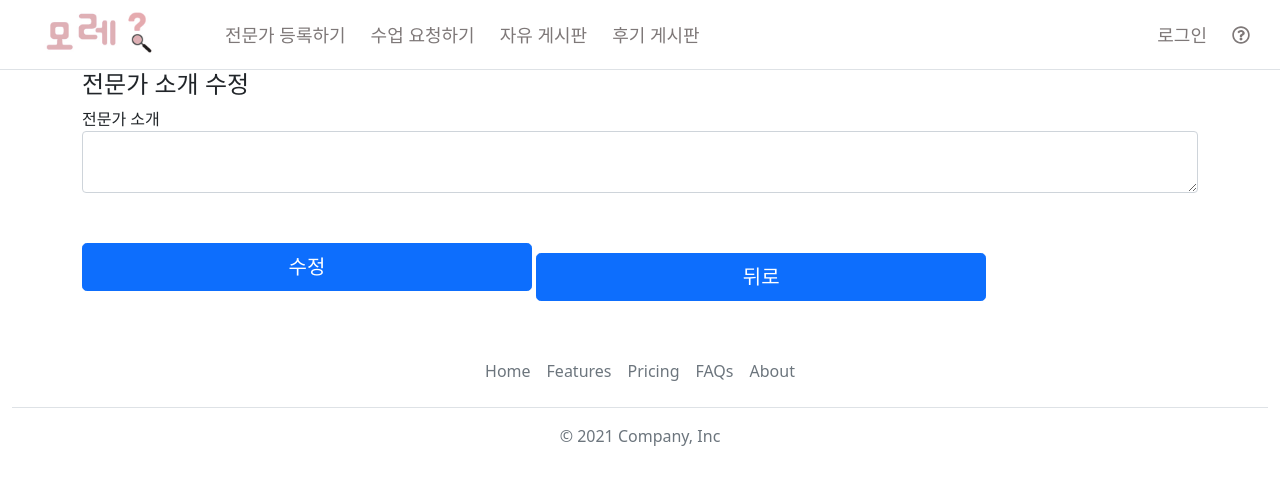
Repository: isssson/MVC2_more
Page: http://localhost/more/WEB-INF/views/expert/expertIntroForm.jsp
An editor plug-in stored every save of this project. The page is shown before and after the next save, followed by the edit.
The browser window is 1280 px wide. The pictures show the whole page.
Some web libraries are served in a nearby version. The page is served by Tomcat 9. Nobody is signed in. Other server files are loaded and not shown. The template is opened directly, without the code that normally fills it, so the values that code supplies are empty.

Above is the page before, as saved 2021-12-08 02:50:33.

### more/src/main/webapp/WEB-INF/views/expert/expertIntroForm.jsp
<%@ page language="java" contentType="text/html; charset=UTF-8"
    pageEncoding="UTF-8"%>
<!DOCTYPE html>
<html>
<head>
<meta charset="UTF-8">
<link href="resources/css/bootstrap.min.css" rel="stylesheet">
<link href="resources/css/expert/expertUpdate.css" rel="stylesheet">
<title>모래-전문가수정</title>
</head>
<body>
<%@ include file="/WEB-INF/views/header.jsp" %>
<div class="container">
  <div class="col-md-12 order-md-1">
      <h4>전문가 소개 수정</h4>
      <form name="expertIntroForm" action="expertIntro.do?id=${sessionScope.sessionId}" method="post">
        <div class="mb-2">
            <label>전문가 소개</label>
            <textarea class="form-control" name="intro">${dto.intro}</textarea>
        </div>
        <div style="margin-top: 50px;">
           <button class="btn btn-lg btn-primary" type="submit" style="width: 450px; margin-bottom:20px;" >수정</button>
           <button class="btn btn-lg btn-primary" type="button" style="width: 450px;" onclick="location.href='expertProfile.do?id=${sessionScope.sessionId}'">뒤로</button>
        </div>
     </form>
  </div>
</div>
<%@ include file="/WEB-INF/views/footer.jsp" %>
</body>
</html>

### more/src/main/webapp/WEB-INF/views/header.jsp
<%@ page language="java" contentType="text/html; charset=UTF-8"
    pageEncoding="UTF-8"%>
<%@ taglib prefix="c" uri="http://java.sun.com/jsp/jstl/core" %>
<script src="https://use.fontawesome.com/releases/v5.2.0/js/all.js"></script>
<link href="resources/css/header.css" rel="stylesheet">
<!-- ---------------------비회원  -->
<c:if test="${sessionScope.sessionStatus == null }">
	<header>
    <div id="headerContainer">
        <a href="index.do"><img src="resources/img/more_logo.jpg" alt="logo" style="padding: 10px"></a>
        <div id="menubar">
          <div id="leftMenu">
            <div><a href="regist1.do">전문가 등록하기</a></div>
            <div><a href="lessonList.do">수업 요청하기</a></div>
            <div><a href="bbsList.do">자유 게시판</a></div>
            <div><a href="reviewList.do">후기 게시판</a></div>
          </div>
          <div id="rightMenu">
               <div><a href="login.do">로그인</a></div>
               <div><a href="#"><i class="far fa-question-circle"></i></a></div>
          </div>
        </div>
      </div>
	</header>
</c:if>
<!----------------------기본(의뢰인) 로그인중-->
<c:if test="${sessionScope.sessionStatus == 1 }">
	<header>
     <div id="headerContainer">
        <a href="index.do"><img src="resources/img/more_logo.jpg" alt="logo" style="padding: 10px"></a>
        <div id="menubar">
          <div id="leftMenu">
            <div id="client" onmouseover="show()" onmouseout="hide()">
               <a href="#">레슨</a>
              </div>
            <div id="joinExpert">
               <a href="regist1.do">전문가 등록하기</a>
             </div>
            <div><a href="bbsList.do">자유 게시판</a></div>
            <div><a href="reviewList.do">후기 게시판</a></div>
          </div>
          <div id="rightMenu">
            <div>${sessionScope.sessionName }님</div>
            <div><a href=""><i class="far fa-bell fa-1x"></i></a></div>
            <div><a href="setting.do"><i class="far fa-user fa-1x"></i></a></div>
            <div><a href="#"><i class="far fa-question-circle"></i></a></div>
          </div>
        </div>
      </div>
      <div id="hiddenHeaderContainer" onmouseover="show()" onmouseout="hide()">
        <div class="hiddenItem">
          <div class="Item"><a href="suggestList.do">레슨 목록</a></div>
          <div class="Item"><a href="lessonList.do">레슨 요청하기</a></div>
          <div class="Item"><a href="sentRequest.do?id=${sessionScope.sessionId}">보낸 요청</a></div>
          <div class="Item"><a href="#">받은 제안</a></div>
        </div>
      </div>
	</header>
</c:if>
<!-- -----------------------전문가 로그인중 -->
<c:if test="${sessionScope.sessionStatus == 2 }">
	<header>
     <div id="headerContainer">
       <a href="index.do"><img src="resources/img/more_logo.jpg" alt="logo" style="padding: 10px"></a>
       <div id="menubar">
         <div id="leftMenu">
           <div id="client" onmouseover="show()" onmouseout="hide()">
              <a href="#">레슨</a>
             </div>
           <div><a href="bbsList.do">자유 게시판</a></div>
           <div><a href="reviewList.do">후기 게시판</a></div>
         </div>
         <div id="rightMenu">
           <div id="client" onmouseover="show()" onmouseout="hide()">
               <div><a href="">10000 <i class="fas fa-coins fa-1x"></i></a></div>
             </div>
           <div>${sessionScope.sessionName }님</div>
              <div><a href=""><i class="far fa-bell fa-1x"></i></a></div>
           <div><a href="setting.do"><i class="far fa-user fa-1x"></i></a></div>
           <div><a href="#"><i class="far fa-question-circle"></i></a></div>
         </div>
       </div>
     </div>
     <div id="hiddenHeaderContainer" onmouseover="show()" onmouseout="hide()">
       <div class="hiddenItem">
       	 <div class="Item"><a href="requestList.do">레슨 목록</a></div>
       	 <div class="Item"><a href="suggest.do">레슨 제안하기</a></div>
         <div class="Item"><a href="#">보낸 제안</a></div>
		 <div class="Item"><a href="#">레슨 내역</a></div>
       </div>
     </div>
	</header>
</c:if>
   <script>
       function show(){
         document.getElementById('hiddenHeaderContainer').style.display='block';
       }
       function hide(){
         document.getElementById('hiddenHeaderContainer').style.display='none';
       }
  </script>

### more/src/main/webapp/WEB-INF/views/footer.jsp
<%@ page language="java" contentType="text/html; charset=UTF-8"
    pageEncoding="UTF-8"%>
<link href="resources/css/footer.css" rel="stylesheet">
<div class="container-fluid">
  <footer class="py-3 my-4">
    <ul class="nav justify-content-center border-bottom pb-3 mb-3">
      <li class="nav-item"><a href="#" class="nav-link px-2 text-muted">Home</a></li>
      <li class="nav-item"><a href="#" class="nav-link px-2 text-muted">Features</a></li>
      <li class="nav-item"><a href="#" class="nav-link px-2 text-muted">Pricing</a></li>
      <li class="nav-item"><a href="#" class="nav-link px-2 text-muted">FAQs</a></li>
      <li class="nav-item"><a href="#" class="nav-link px-2 text-muted">About</a></li>
    </ul>
    <p class="text-center text-muted">&copy; 2021 Company, Inc</p>
  </footer>
</div>

<div class="b-example-divider"></div>

### more/src/main/webapp/resources/css/expert/expertUpdate.css
@charset "UTF-8";

h3 {
    height: 80px;
    line-height: 80px;
    font-size: 40px;
    font-weight: bold;
    text-align: center;
    margin: 80px auto;
    color: #9a5656;
}

.updateBt{
   width:450px;
   height:200px;
   text-align:center;
   margin:0 auto;
   display:flex;
   flex-direction:column;
   justify-content: center;
}

.subject{
	font-size:25px;
	color:#ff9797;
	text-align: center;
	font-weight: bold;
}

.content{
	text-align:center;
     margin-top: 50px;
}
select{
	font-size:26px;
}

### more/src/main/webapp/resources/css/header.css
@charset "UTF-8";
a{
    text-decoration:none;
    color:rgb(26, 25, 25);
}
a:hover{
    color:rgb(26, 25, 25);
}
svg{
    color: #7e7878;
}
svg:hover{
    color: #424040;
    cursor: pointer;
}
#headerContainer{
    width:100%;
    height:70px;
    margin: 0 auto;
    display: flex;
    flex-direction: row;
    border-bottom:1px solid #dee2e6;
}
#headerContainer img{
    width: 200px;
    height: 65px;
    object-fit: cover;
}
#headerContainer #menubar{
    width:100%;
    height: 70px;
    display: flex;
    flex-direction: row;
    justify-content: space-between;
}
#headerContainer #menubar div a{
    font-size: 18px;
    color: #7e7878;
}
#headerContainer #menubar a:hover{
    color: #424040;
    font-weight: bold;
}
#menubar #leftMenu{
    display: flex;
}
#menubar #rightMenu{
    display: flex;
    margin-right: 30px;
}
#menubar #leftMenu div, #menubar #rightMenu div{
    font-size: 18px;
    line-height: 70px;
    margin-left: 25px;
}
#hiddenHeaderContainer{
    position: absolute;
    display: none;
    z-index: 1;
    width:100%;
    height:70px;
    left:50%;
    border-top:1px solid rgb(187, 183, 183);
    border-bottom:1px solid rgb(187, 183, 183);
    transform: translate(-50%);
    background-color: white;
}
#hiddenHeaderContainer .hiddenItem{

    width:100%;
    height:70px;
    margin-left: 170px;
    display: flex;
}
#hiddenHeaderContainer .hiddenItem .Item a{
    font-size: 18px;
    line-height: 70px;
    margin-left: 50px;
    color: #7e7878;
}
#hiddenHeaderContainer .hiddenItem .Item a:hover{
    color: #424040;
    font-weight: bold;
}

### more/src/main/webapp/resources/css/footer.css
@charset "UTF-8";
li {
	border-top: none;
}

Loaded but not shown: more/src/main/webapp/resources/css/bootstrap.min.css (library)

After the next save:
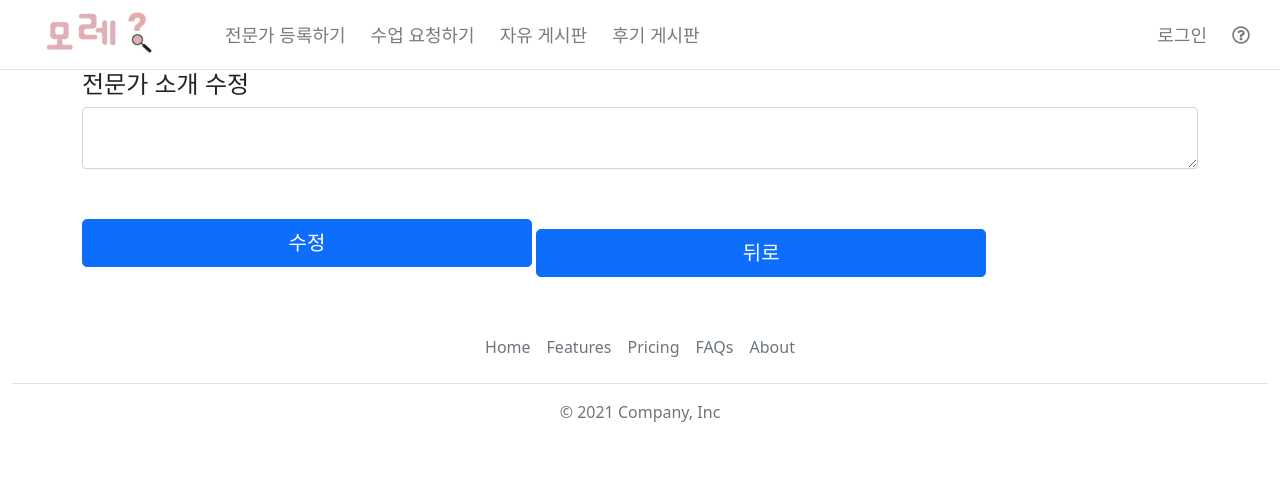
Saved 28 s later.
--- a/more/src/main/webapp/WEB-INF/views/expert/expertIntroForm.jsp
+++ b/more/src/main/webapp/WEB-INF/views/expert/expertIntroForm.jsp
@@ -15,7 +15,6 @@
       <h4>전문가 소개 수정</h4>
       <form name="expertIntroForm" action="expertIntro.do?id=${sessionScope.sessionId}" method="post">
         <div class="mb-2">
-            <label>전문가 소개</label>
             <textarea class="form-control" name="intro">${dto.intro}</textarea>
         </div>
         <div style="margin-top: 50px;">

After the save that followed:
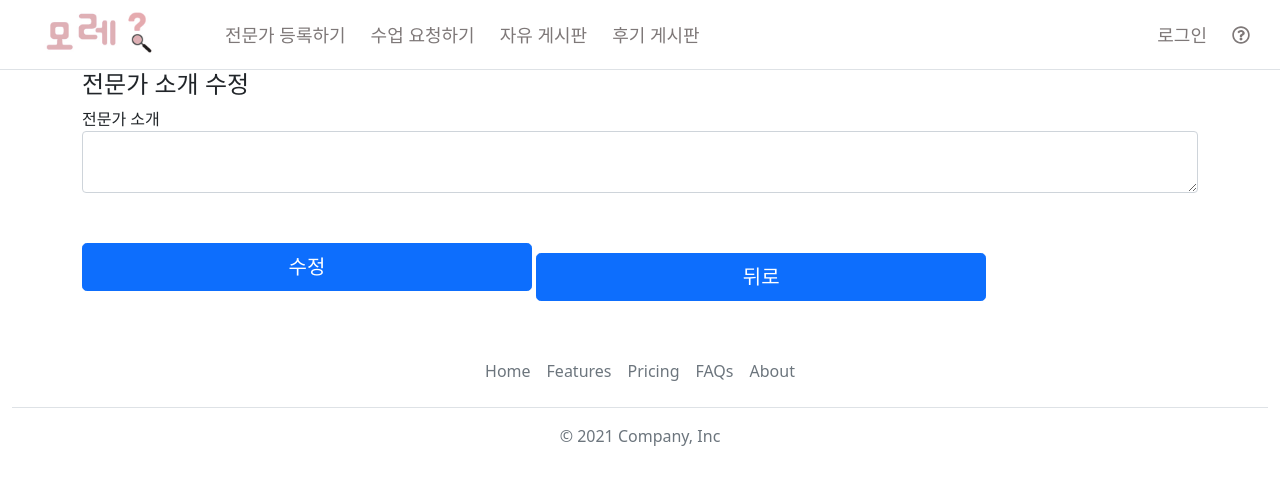
Saved 7 s later.
--- a/more/src/main/webapp/WEB-INF/views/expert/expertIntroForm.jsp
+++ b/more/src/main/webapp/WEB-INF/views/expert/expertIntroForm.jsp
@@ -15,6 +15,7 @@
       <h4>전문가 소개 수정</h4>
       <form name="expertIntroForm" action="expertIntro.do?id=${sessionScope.sessionId}" method="post">
         <div class="mb-2">
+            <label>전문가 소개</label>
             <textarea class="form-control" name="intro">${dto.intro}</textarea>
         </div>
         <div style="margin-top: 50px;">
